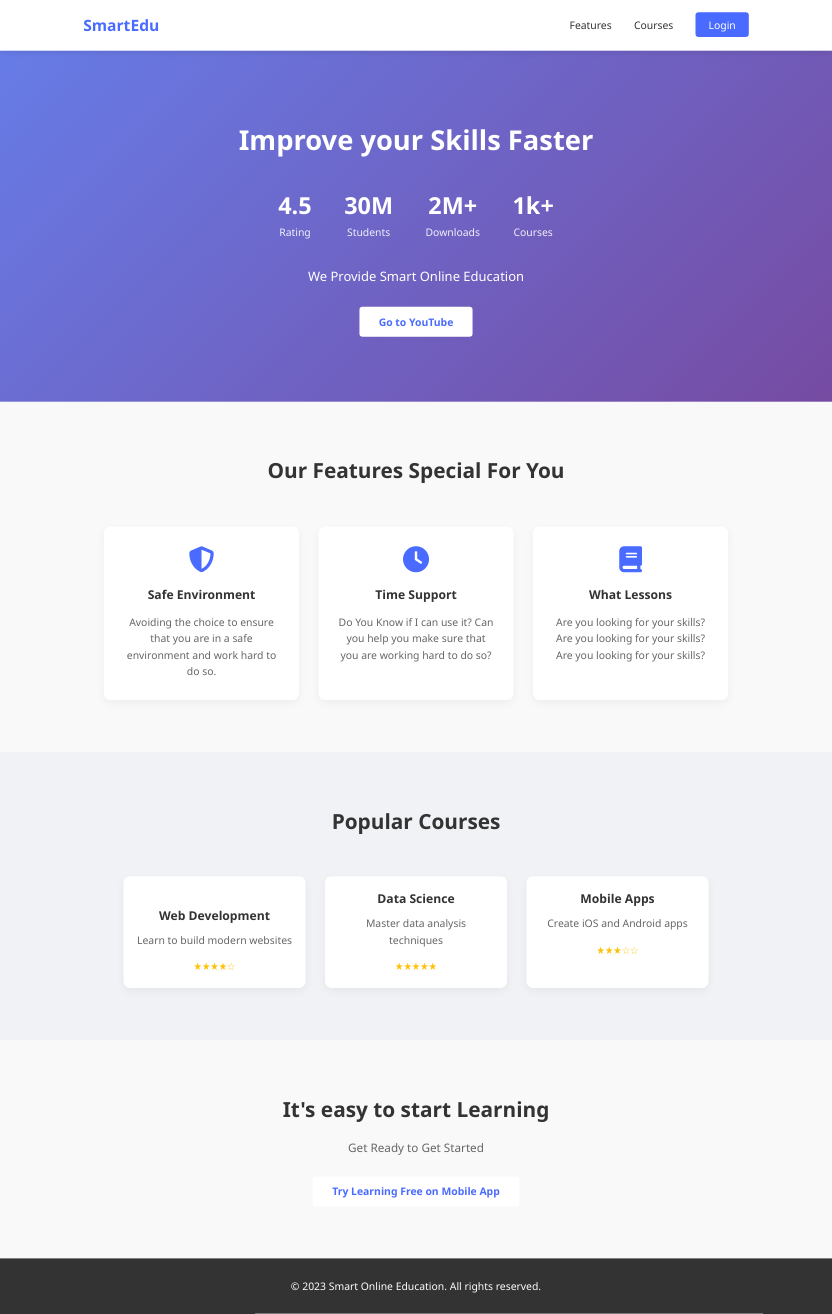
Repository: AhmedHBD/task1
Page: New folder/index.html
These files come from the project's save history. The page is drawn as it stood at one moment and after a run of saves; the edit follows.
The browser window is 1280 px wide. The pictures show the whole page, at 65% of full size.

Above is the page before, as saved 2025-08-03 08:18:29.

After the next 2 saves:
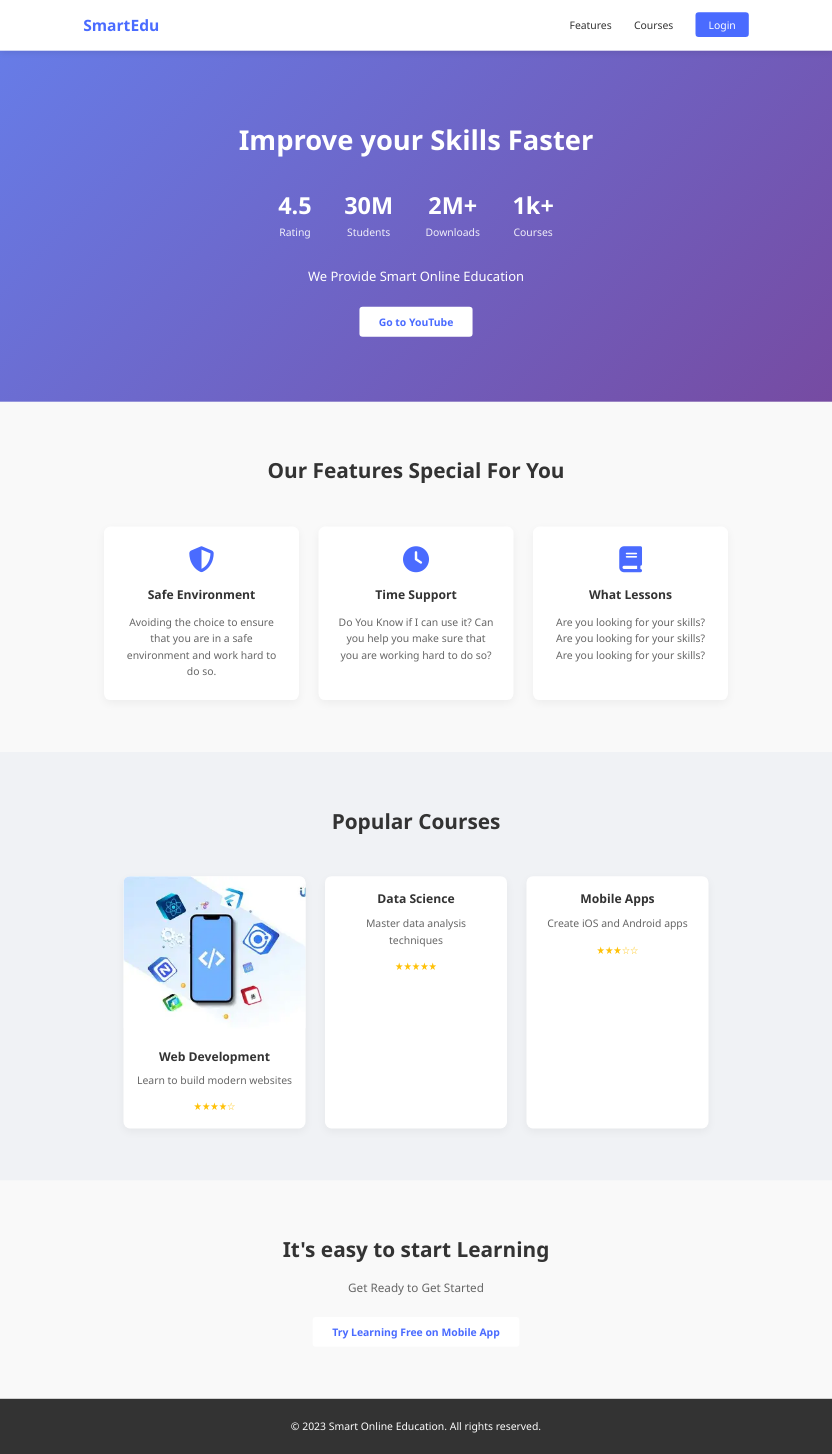
The 2 saves are shown as one change because they came seconds apart.
The last was saved 7 s later.
--- a/New folder/index.html
+++ b/New folder/index.html
@@ -72,7 +72,7 @@
             <div class="course-container">
                 <div class="course-card">
                     <!-- <div class="course-img" style="background-color: #ff7675;"></div> -->
-                    <img src="" alt="">
+                    <img src="img/OIP.webp" alt="">
                     <h3>Web Development</h3>
                     <p>Learn to build modern websites</p>
                     <div class="course-rating">★★★★☆</div>
